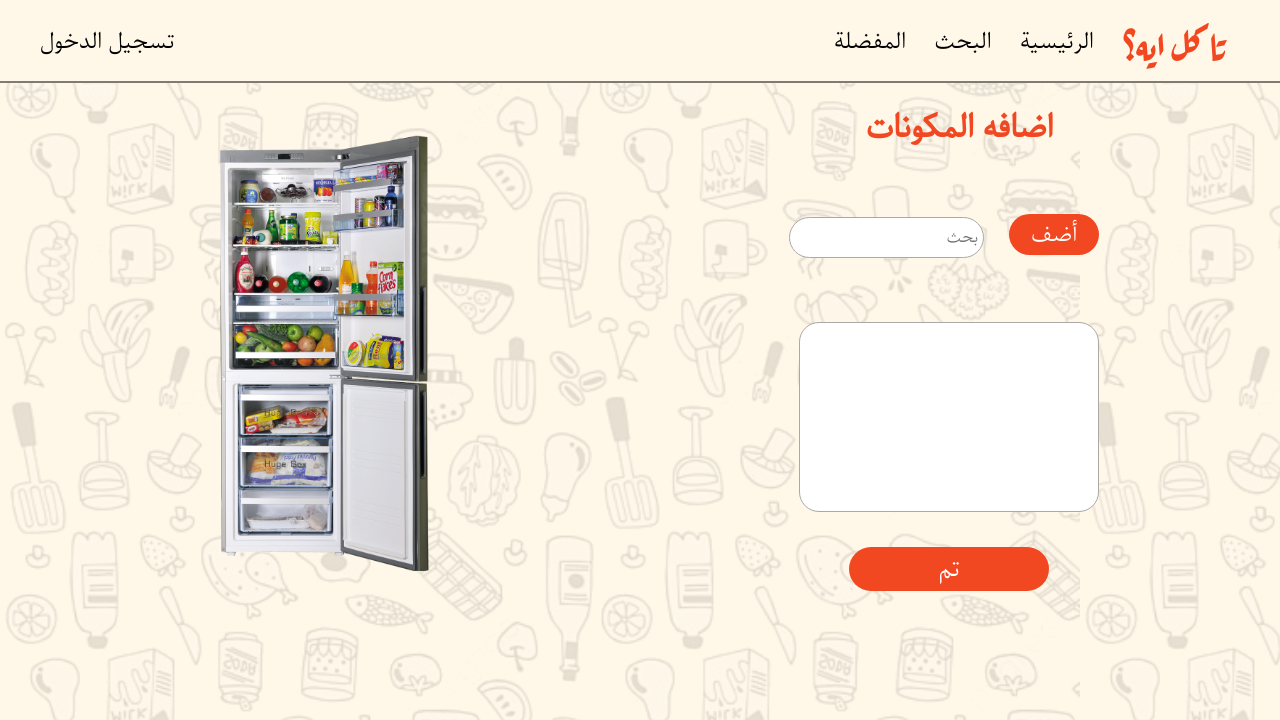
Repository: TarekZsc97/TakolEh1
Page: http://localhost/enter-data
These files come from the project's save history. The page is drawn as it stood at one moment and after the next save; the edit follows.
The browser window is 1280 px wide. The pictures show the whole page.
The page is served by the project's application, run on Flask 3 (app.py).

Above is the page before, as saved 2023-12-19 20:31:56.

### templates/enter_data.html
<!DOCTYPE html>
<html lang="en">
<head>
   <meta charset="UTF-8">
   <meta name="viewport" content="width=device-width, initial-scale=1.0">
   <link rel="stylesheet" href="../static/css/enter.css">
   <link rel="stylesheet" href="../static/css/main.css">
   <script src="../static/js/main.js"></script>
   <title>اكتبي الاكل الموجود</title>
</head>
<body>

   <div class="container">
      <script>showNavbar()</script>

      <div class="enter">
         <div class="image"><img src="../static/images/open fridge.png" alt=""></div>

         <div class="text">
            <div class="add-item">
               <p class="title">اضافه المكونات</p>
            <div class="add">
               <input type="text" placeholder="بحث" class="search">
               <button class="add-btn">أضف </button>
            </div>
            </div>

            <div class="gradiants"></div>
         <button class="btn"><a href="suggestions.html">تم</a></button>
         </div>

      </div>
   </div>
   <script src="../static/js/enter.js"></script>
</body>
</html>

### app.py
from flask import Flask, render_template

################### Database Setup #########################


################### Create Flask APP  #########################

app = Flask(__name__)

# Create Home route
@app.route("/")
def home():
    return render_template("index.html")


# Create Ready route
@app.route("/ready")
def ready():
    return render_template("ready.html")


# Create Enter Data team route
@app.route("/enter-data")
def join_team():
    return render_template("enter_data.html")

################### Run Flask APP  #########################

if __name__ == "__main__":
    app.run(debug=True )

### static/css/enter.css

.header .log-in{
   width: 20%;
   cursor: pointer;
}
.enter{
   display: flex;
   justify-content: space-evenly;
   align-items: center;
   position: relative;
}
.enter .image{
   width: 40%;
   position: relative;
   top: 40px;
}
.enter .image img{
   width: 85%;
}
.enter .text{
width: 35%;
position: relative;
top: 40px;
display: flex;
flex-direction: column;
justify-content: space-around;
font-size: 30px;
font-weight: 600;
text-align: center;
}
.title{
   margin: 90px auto 0 0;
   color: var(--second-color);
   position: relative;
   top: -120px;
   left: 50px;
   font-size: 40px;

}
.add-item{
   margin:0 auto 20px 50px;
   padding: 5px;
   width: 60%;
   position: relative;
}
.add-item .add{
   color: white;
   font-size: 27px;
   border-radius: 25px;
   border: none;
   cursor: pointer;
   position: relative;
}
.text .search{
   width: 195px;
   text-align: right;
   font-size: 20px;
   padding: 5px;
   border-radius: 25px;
   border: 1px solid  rgb(171, 168, 168) ;
   margin: 20px auto;
   position: absolute;
   right: 55px;
   top: -80px;
   outline: none;

}
.add-btn{
   width: 90px;
   border-radius: 25px;
   background: var(--second-color);
   border: none;
   margin: auto;
   margin-top: 15px;
   font-size: 28px;
   cursor: pointer;
   color: white;
   position: absolute;
   top: -78px;
   right: -60px;
}
.gradiants{
height: 190px;
background: white;
border: 1px solid  rgb(171, 168, 168) ;
margin-top: 70px;
font-size: 22px;
padding: 8px 8px 8px 5px ;
border-radius: 20px;
border: 1px solid  rgb(171, 168, 168) ;
width: 300px;
margin: 20px auto;
overflow: hidden;
text-align: right;
display: flex;
flex-direction: column;
}
.btn{
   width: 200px;
   border-radius: 25px;
   background: var(--second-color);
   border: none;
   margin: auto;
   margin-top: 15px;
   font-size: 30px;
   cursor: pointer;
}
.btn a{
   text-decoration: none;
   color: white;
}
.grad{
   display: flex;
   padding: 2px 15px;
   border-radius: 25px;
   justify-content: space-between;
   align-items: center;
   margin-bottom: 8px ;
   background: whitesmoke;
}
.cancel {
   width: 25px;
   height: 25px;
   color: white;
   background: var(--second-color);
   border-radius: 50%;
   cursor: pointer;
   text-align: center;
   line-height: 25px;
}

### static/css/main.css
*{
    box-sizing: border-box;
    padding: 0;
    margin: 0;
    font-family: parasto;
 }
 @font-face{
    font-family: parasto;
    src: url(../fonts/Parastoo_Print_Regular.ttf);
 }
 @font-face {
    font-family: aref-auqaa-bold;
    src: url(../fonts/aref-auqaa-bold.ttf);
 }
 :root{
    --main-color : #fff7e7;
    --second-color : #f24822;
    --third-color : #7f7a72;
 }
 .container{
    min-height: 100vh;
    background-image: url(../images/background.png);
 }
 .header{
    padding: 10px 40px;
    background: var(--main-color);
    display: flex;
    justify-content: space-between;
    align-items: center;
    position: relative;
    font-size: 28px;
 }
 .header::before{
    content: '';
    width: 100%;
    position: absolute;
    height: 2px;
    background: var(--third-color);
    bottom: 0;
    left: 0;
 }
 .header ul{
    list-style: none;
    display: flex;
    justify-content: space-around;
    align-items: center;
    width: 35%;
    flex-direction: row-reverse;
 }
 ul li:first-child{
    color: var(--second-color);
    font-size: 40px;
    font-weight: bold;
    font-family:aref-auqaa-bold ;
 }
 .header a{
    color: black;
    text-decoration: none;
 }

 .site-info{
    display: flex;
    justify-content: space-evenly;
    align-items: center;
    position: relative;
 }
 .site-info div:first-child{
    width: 40%;
    position: relative;
    top: 40px;
 }
 .site-info div:first-child img{
    width: 85%;
 }
 .site-info div:last-child{
    width: 35%;
    /* margin-top: 120px; */
 }

### static/js/main.js
function showNavbar(){
    document.write(`
    <div class="header">
    <div class="log-in"><a href="/login">تسجيل الدخول</a></div>
    <ul>
       <li>تاكل ايه؟</li>
       <li><a href="/">الرئيسية</a></li>
       <li><a href="/search">البحث</a></li>
       <li><a href="">المفضلة</a></li>
    </ul>
 </div>
    `)
}

### static/js/enter.js
let searchCont = document.querySelector('.search')
let btn = document.querySelector('.add-btn')
let div = document.querySelector('.gradiants')

btn.addEventListener('click',function(){
   if(searchCont.value !== ''){
   let par = document.createElement('p')
   par.className = 'paragraph'
   par.append(document.createTextNode(searchCont.value))
   let cancel = document.createElement('span')
   cancel.append(document.createTextNode('x'))
   cancel.className = 'cancel'
   let newGrad = document.createElement('div')
   newGrad.className = 'grad'
   newGrad.append(cancel)
   newGrad.append(par)
   div.append(newGrad)
   searchCont.value = ''}
})

div.addEventListener('click',function(e){
   if(e.target.classList.contains('cancel')){
      e.target.parentElement.remove()
   }
})

After the next save:
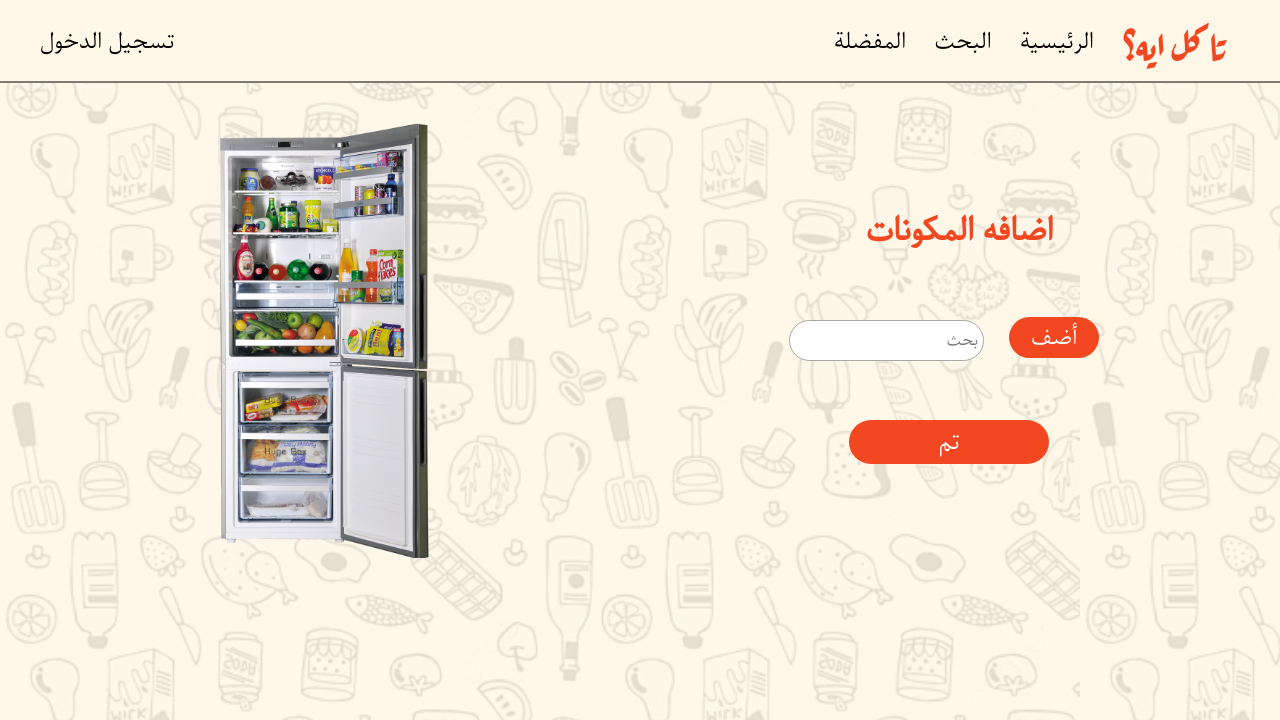
Console error: TypeError: Cannot read properties of null (reading 'addEventListener')
Saved 3 h 26 min later.
--- a/templates/enter_data.html
+++ b/templates/enter_data.html
@@ -25,7 +25,7 @@
             </div>
             </div>
 
-            <div class="gradiants"></div>
+            <!-- <div class="gradiants"></div> -->
          <button class="btn"><a href="suggestions.html">تم</a></button>
          </div>
 

After the save that followed:
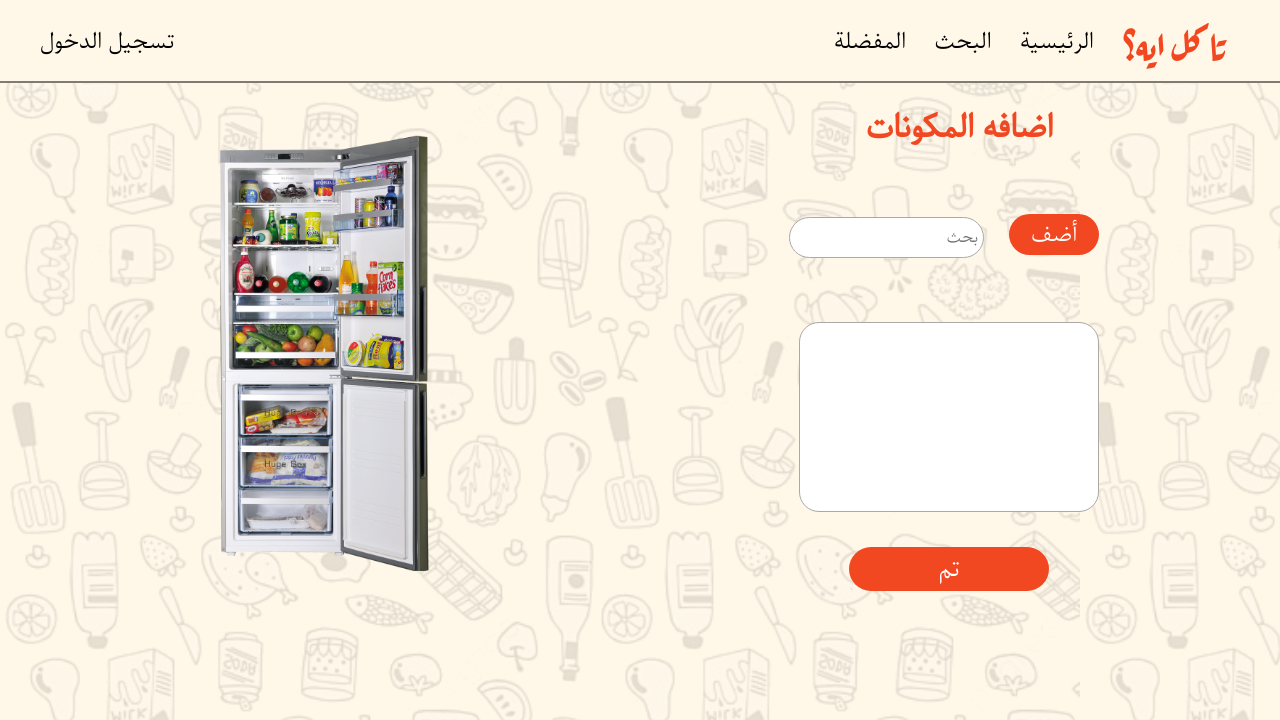
The error is gone.
Saved 9 s later.
--- a/templates/enter_data.html
+++ b/templates/enter_data.html
@@ -25,7 +25,7 @@
             </div>
             </div>
 
-            <!-- <div class="gradiants"></div> -->
+            <div class="gradiants"></div>
          <button class="btn"><a href="suggestions.html">تم</a></button>
          </div>
 
